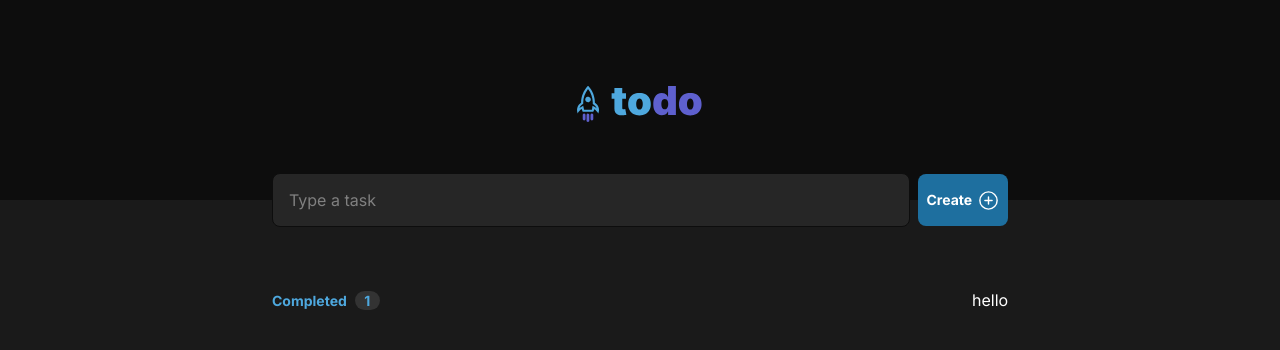
Repository: JoseGu1llardi/to-do-list-D01
Page: /
These files come from the project's save history. The page is drawn as it stood at one moment and after the next save; the edit follows.
The browser window is 1280 px wide. The pictures show the whole page.
The project was rebuilt for these pictures with package versions that can differ from the ones it lists, and the page was loaded fresh each time. Also part of the build but not shown: vite.config.ts.

Above is the page before, as saved 2023-03-11 14:28:24.

### index.html
<!DOCTYPE html>
<html lang="en">
  <head>
    <meta charset="UTF-8" />

    <link rel="preconnect" href="https://fonts.googleapis.com" />
    <link rel="preconnect" href="https://fonts.gstatic.com" crossorigin />

    <link
      href="https://fonts.googleapis.com/css2?family=Inter:wght@400;700&display=swap"
      rel="stylesheet"
    />

    <link rel="icon" type="image/svg+xml" href="/vite.svg" />
    <meta name="viewport" content="width=device-width, initial-scale=1.0" />
    <title>Vite + React + TS</title>
  </head>
  <body>
    <div id="root"></div>
    <script type="module" src="/src/main.tsx"></script>
  </body>
</html>

### src/App.tsx
import { Header } from "./components/Header"

import styles from './App.module.css';

import "./global.css"
import { Input } from "./components/Input";
import { Button } from "./components/Button";
import { Tasks } from "./components/Tasks";

function App() {
  return (
    <>
      <Header />

      <div className={styles.newTaskContainer}>
        <Input />
        <Button />
      </div>

      <div className={styles.tasksContainer}>
        <Tasks />
      </div>
    </>
  )
}

export default App

### src/components/Header/index.tsx
import Logo from '../../assets/Logo (1).svg'

import styles from './styles.module.css';

export function Header() {
    return (
        <header className={styles.container}>
            <img src={Logo} />
        </header>
    )
}

### src/App.module.css
.newTaskContainer {
  display: flex;
  flex-direction: row;
  align-items: center;
  padding: 0px;
  gap: 8px;

  position: absolute;
  width: 46rem;
  height: 3.375rem;
  left: calc(50% - 736px / 2);
  top: 10.8125rem;
}

.tasksContainer {
  display: flex;
  flex-direction: column;
  align-items: flex-start;
  padding: 0px;
  gap: 24px;

  position: absolute;
  width: 736px;
  height: 287px;
  left: calc(50% - 736px / 2);
  top: 291px;
}

### src/global.css
:root {
  // Base
  --gray-100: #f2f2f2;
  --gray-200: #d9d9d9;
  --gray-300: #808080;
  --gray-400: #333333;
  --gray-500: #262626;
  --gray-600: #1a1a1a;
  --gray-700: #0d0d0d;

  --danger: #e25858;

  // Product
  --purple: #8284fa;
  --dark-purple: #5e60ce;
  --blue: #4ea8de;
  --dark-blue: #1e6f9f;
}

* {
  margin: 0;
  padding: 0;
  box-sizing: border-box;
}

body {
  color: #fff;
  background: var(--gray-600);

  width: 100%;
  height: 100%;
  max-height: 1024px;
  position: relative;
}

body,
input,
textarea,
button {
  font-family: "Inter", sans-serif;
  font-weight: 400;
  font-size: 1rem;
}

### src/components/Input/index.tsx
import styles from './styles.module.css';

export function Input() {
    return (
        <input
            type="text"
            className={styles.input}
            placeholder='Type a task'
        />
    )
}

### src/components/Button/index.tsx
import { PlusCircle } from '@phosphor-icons/react'

import styles from './styles.module.css';

export function Button() {
    return (
        <button className={styles.button}>
            <span>Create</span>
            <PlusCircle size={23} />
        </button>
    )
}

### src/components/Tasks/index.tsx
import styles from './styles.module.css';

export function Tasks() {
    return (
        <>
            <div className={styles.info}>
                <div className={styles.created}>
                    <span>Completed</span>
                    <span className={styles.counter}>1</span>
                </div>
                <div>hello</div>
            </div>
        </>
    )
}

### src/components/Header/styles.module.css
.container {
  position: absolute;
  height: 12.5rem;
  max-width: 100%;
  left: 0;
  right: 0;
  top: 0;

  display: flex;
  align-items: center;
  justify-content: center;

  background: var(--gray-700);
}

.container img {
  position: absolute;
  width: 7.875rem;
  height: 3rem;
}

### src/components/Input/styles.module.css
.input {
  box-sizing: border-box;

  display: flex;
  flex-direction: row;
  align-items: center;
  padding: 16px;
  gap: 8px;

  width: 638px;
  height: 54px;

  background: var(--gray-500);
  color: #fff;

  border: 1px solid var(--gray-700);
  border-radius: 8px;

  flex: none;
  order: 0;
  flex-grow: 1;
}

.input::placeholder {
  color: var(--gray-300);
}

### src/components/Button/styles.module.css
.button {
  width: 90px;
  height: 52px;

  display: flex;
  flex-direction: row;
  align-items: center;
  justify-content: center;
  gap: 16px;

  border: 0;
  border-radius: 8px;

  background: var(--dark-blue);
  color: white;
}

.button span {
  width: 34px;
  height: 20px;

  font-weight: 700;
  font-size: 14px;
  line-height: 140%;

  color: var(--gray-100);

  flex: none;
  order: 0;
  flex-grow: 0;
}

.button img {
  width: 16px;
  height: 16px;

  flex: none;
  order: 1;
  flex-grow: 0;
}

### src/components/Tasks/styles.module.css
.info {
  display: flex;
  flex-direction: row;
  justify-content: space-between;
  align-items: flex-end;
  padding: 0px;
  gap: 561px;

  width: 736px;
  height: 19px;

  flex: none;
  order: 0;
  align-self: stretch;
  flex-grow: 0;
}

.created {
  display: flex;
  flex-direction: row;
  align-items: center;
  padding: 0px;
  gap: 8px;

  width: 139px;
  height: 19px;

  /* Inside auto layout */

  flex: none;
  order: 0;
  flex-grow: 0;
}

.created span {
  font-style: normal;
  font-weight: 700;
  font-size: 14px;
  line-height: 17px;

  color: var(--blue);
}

.counter {
  display: flex;
  flex-direction: column;
  justify-content: center;
  align-items: center;
  padding: 2px 8px;
  gap: 10px;

  width: 25px;
  height: 19px;

  background: #333333;
  border-radius: 999px;

  flex: none;
  order: 1;
  flex-grow: 0;
}

Loaded but not shown: src/main.tsx (common file)

After the next save:
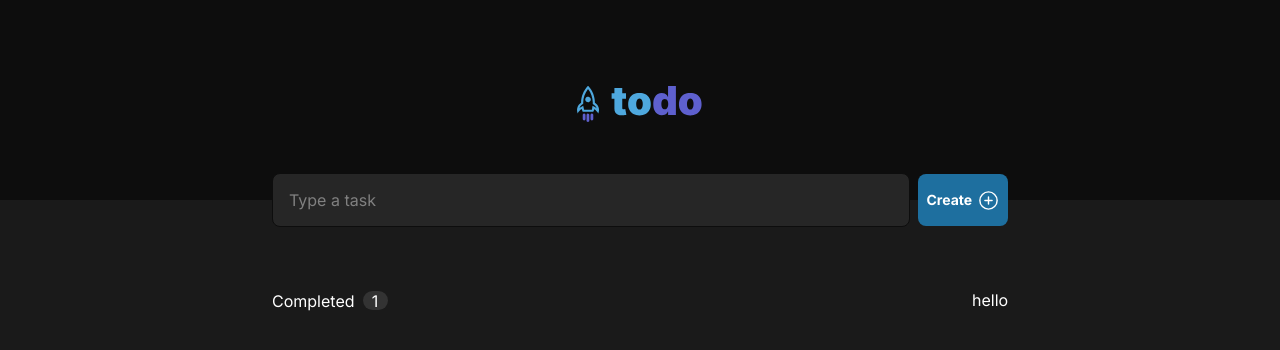
Saved 2 min 40 s later.
--- a/src/components/Tasks/styles.module.css
+++ b/src/components/Tasks/styles.module.css
@@ -32,7 +32,7 @@
   flex-grow: 0;
 }
 
-.created span {
+.created span:first {
   font-style: normal;
   font-weight: 700;
   font-size: 14px;

After the save that followed:
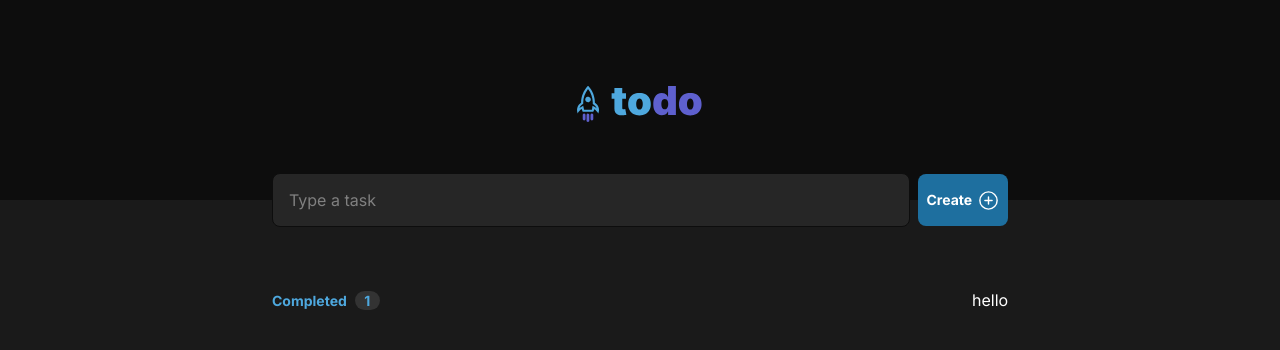
Saved 19 s later.
--- a/src/components/Tasks/styles.module.css
+++ b/src/components/Tasks/styles.module.css
@@ -32,7 +32,7 @@
   flex-grow: 0;
 }
 
-.created span:first {
+.created span {
   font-style: normal;
   font-weight: 700;
   font-size: 14px;
